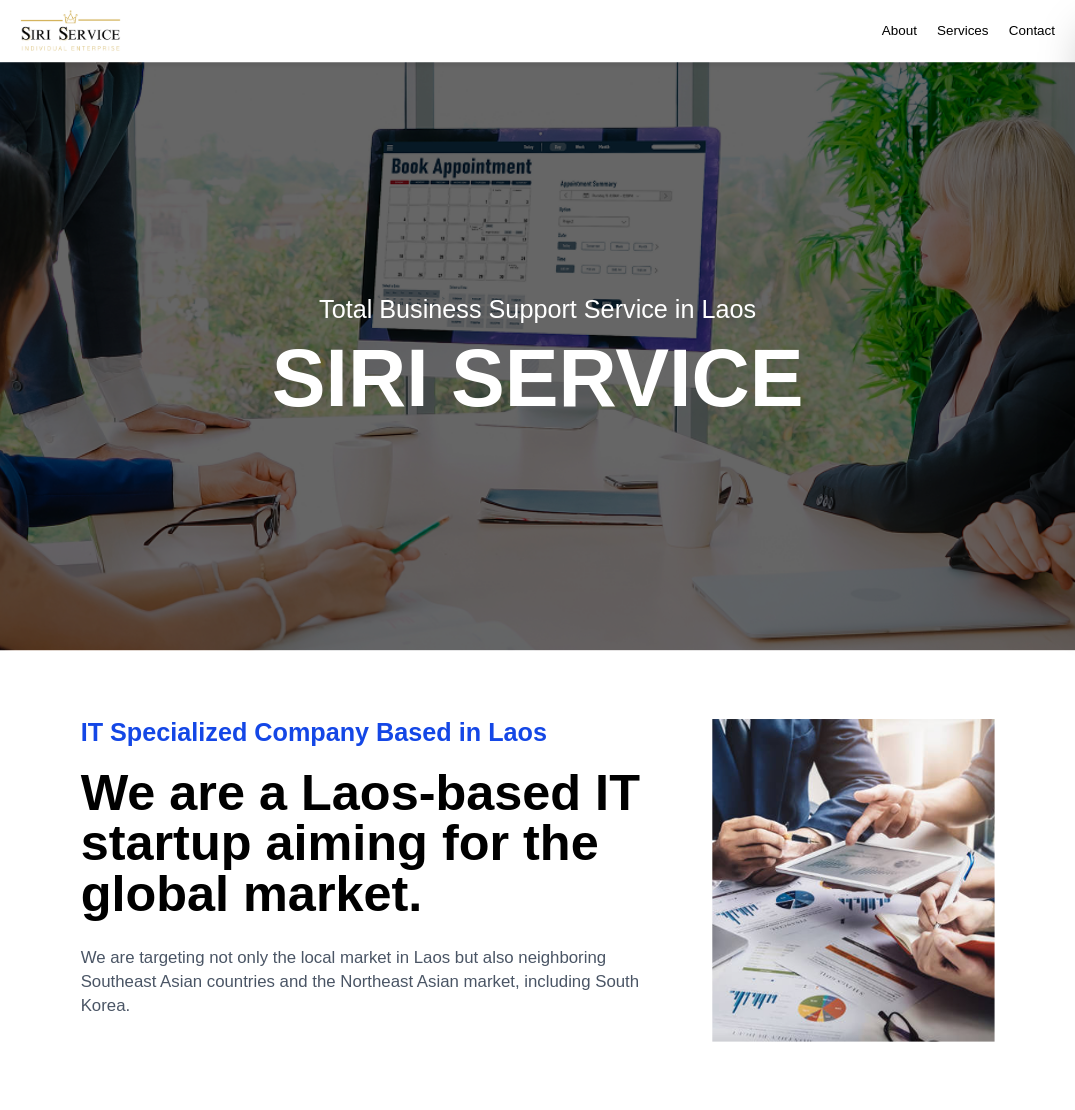
Repository: Phailin-teamplate/siri-service-web
Page: /
An editor plug-in stored every save of this project. The page is shown before and after the next save, followed by the edit.
The browser window is 1280 px wide. The pictures show the whole page, at 84% of full size.
The project was rebuilt for these pictures with package versions that can differ from the ones it lists, and the page was loaded fresh each time. The framework's server and built-in components were replaced by stand-ins that run in the browser. Also part of the build but not shown: next.config.ts.

Above is the page before, as saved 2025-07-02 14:12:45.

After the next save:
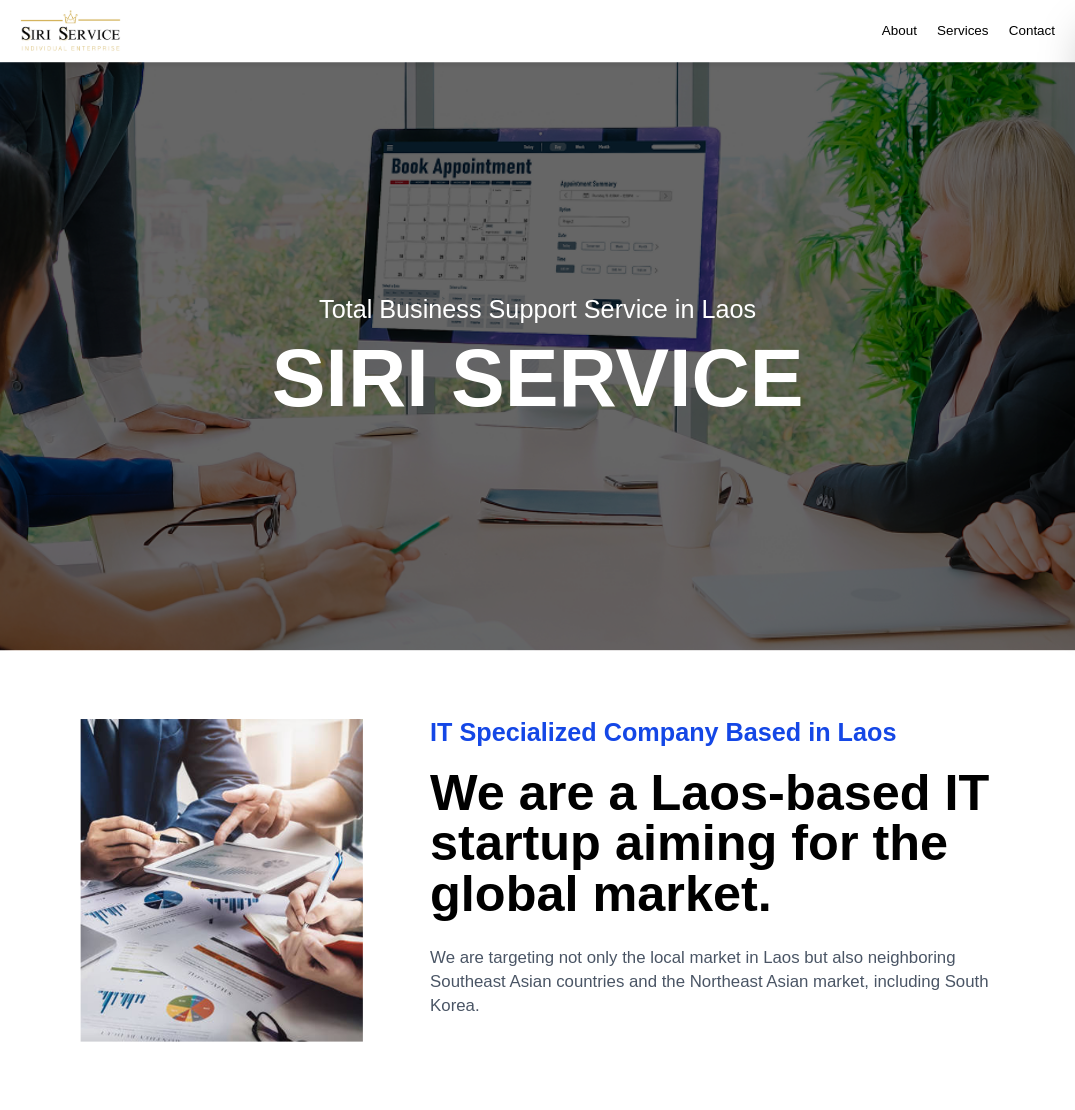
Saved 30 s later.
--- a/src/components/About.tsx
+++ b/src/components/About.tsx
@@ -19,6 +19,11 @@
           className="flex flex-col md:flex-row items-center justify-center gap-10 md:gap-20 md:scroll-mt-30 scroll-mt-23" // Added scroll margin
           id="about"
         >
+              {/* Image Section */}
+          <div className="relative w-80 h-80 md:w-96 md:h-96">
+            <Image src={AboutSV} alt="About" fill className="object-cover" />
+          </div>
+          {/* Text Section */}
           <div className="w-full max-w-2xl text-center md:text-left">
             <p className="text-2xl md:text-3xl font-semibold text-blue-700 mb-4 md:mb-6">
               IT Specialized Company Based in Laos
@@ -33,10 +38,7 @@
             </p>
           </div>
 
-          {/* Image Section */}
-          <div className="relative w-80 h-80 md:w-96 md:h-96">
-            <Image src={AboutSV} alt="About" fill className="object-cover" />
-          </div>
+
         </section>
 
 
